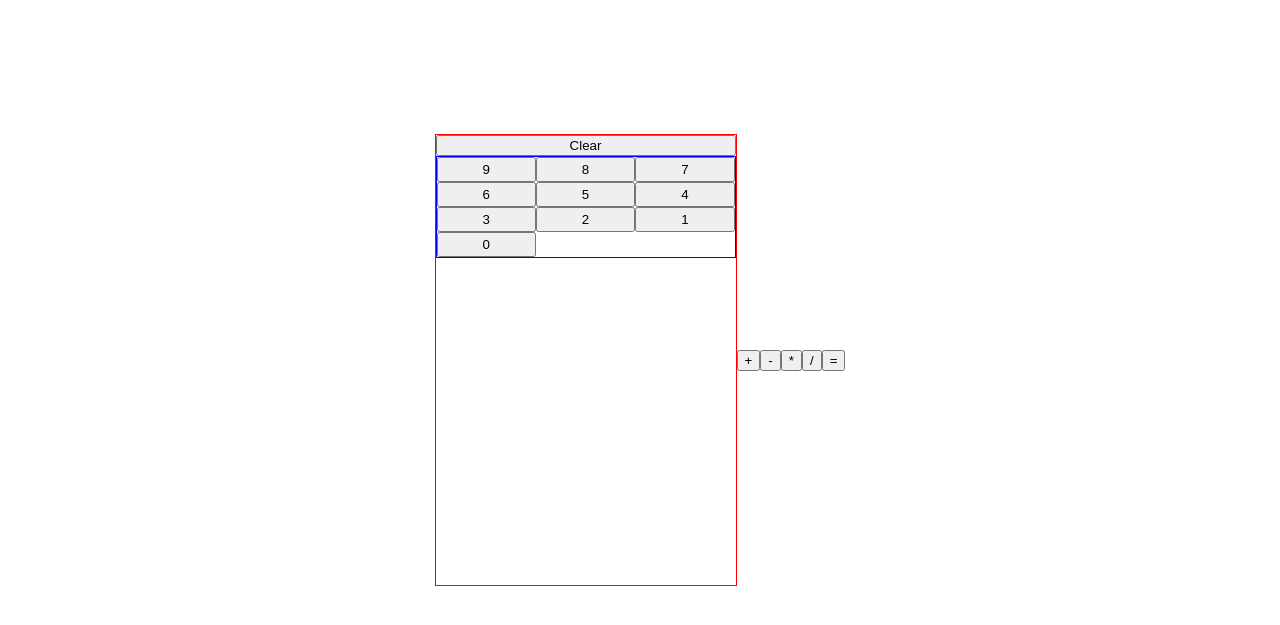
Repository: kocokoy/Calculator
Page: index.html
An editor plug-in stored every save of this project. The page is shown before and after the next save, followed by the edit.
The browser window is 1280 px wide. The pictures show the whole page.

Above is the page before, as saved 2024-10-22 13:31:04.

After the next save:
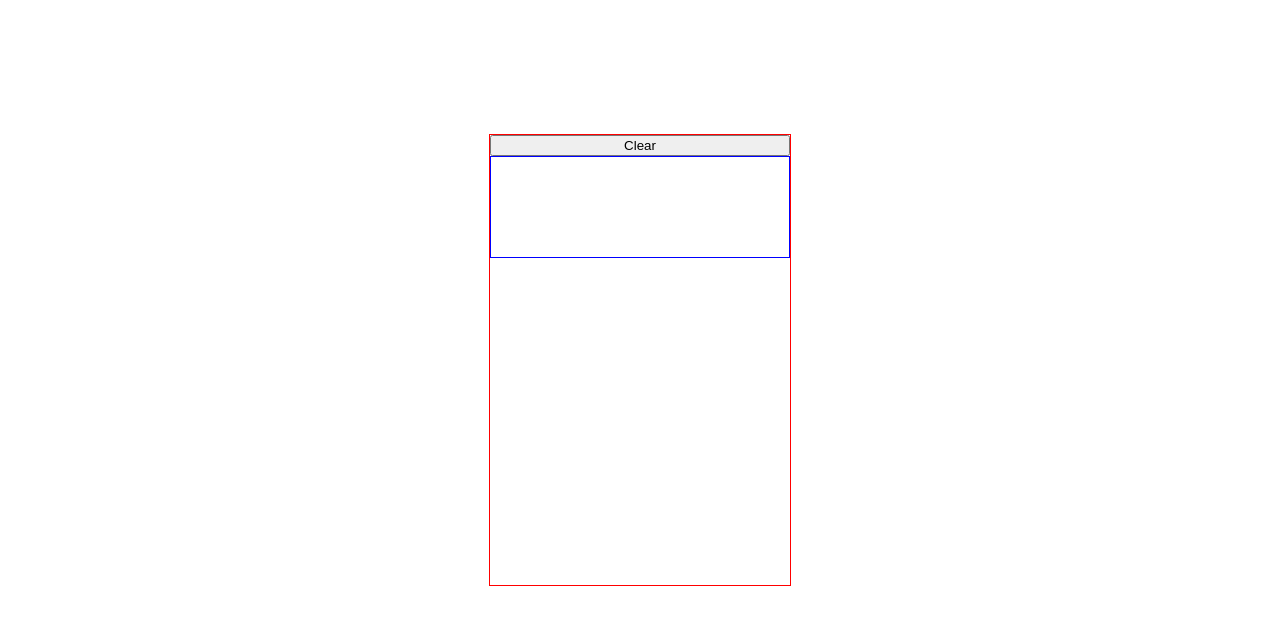
Console error: ReferenceError: button is not defined
Saved 13 s later.
--- a/script.js
+++ b/script.js
@@ -18,14 +18,14 @@
   if(num != 0){
     const button = document.createElement('button');
     button.classList.add('number-button');
-    button.textContent = num;
-    numberContainer.appendChild(button);
+    // button.textContent = num;
+    // numberContainer.appendChild(button);
   }else{
     const button = document.createElement('button');
     button.classList.add('zero-button');
-    button.textContent = num;
-    numberContainer.appendChild(button);
   }
+  button.textContent = num;
+  numberContainer.appendChild(button);
 });
 
 operatorContent.forEach(oper => {

After the save that followed:
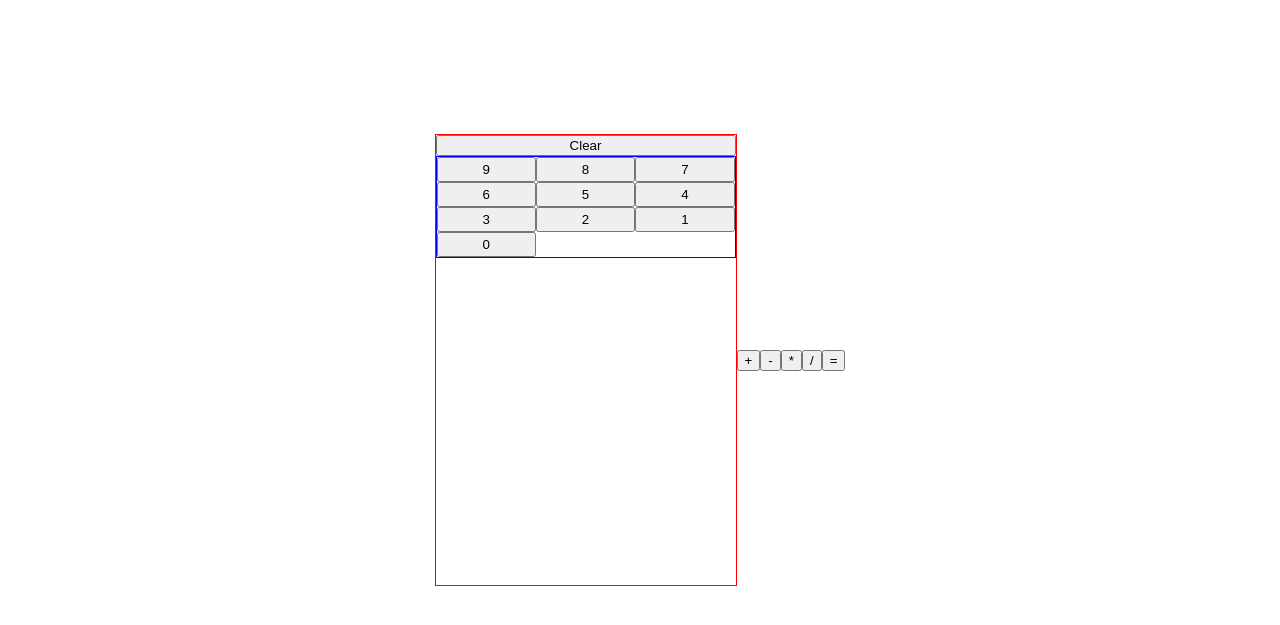
The error is gone.
Saved 14 s later.
--- a/script.js
+++ b/script.js
@@ -18,14 +18,14 @@
   if(num != 0){
     const button = document.createElement('button');
     button.classList.add('number-button');
-    // button.textContent = num;
-    // numberContainer.appendChild(button);
+    button.textContent = num;
+    numberContainer.appendChild(button);
   }else{
     const button = document.createElement('button');
     button.classList.add('zero-button');
+    button.textContent = num;
+    numberContainer.appendChild(button);
   }
-  button.textContent = num;
-  numberContainer.appendChild(button);
 });
 
 operatorContent.forEach(oper => {
